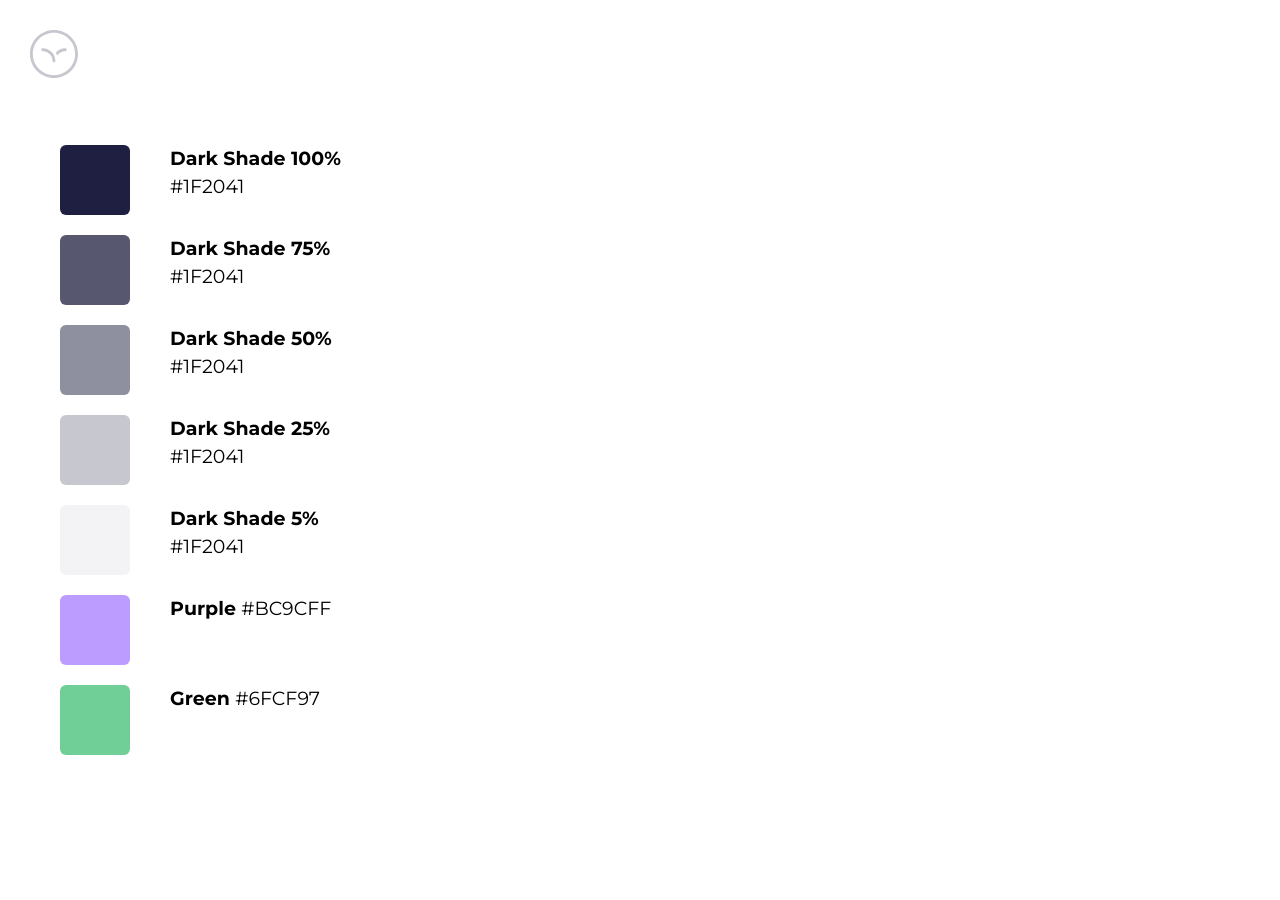
Repository: Inzhir2022/quatrain
Page: ui/index.html
These files come from the project's save history. The page is drawn as it stood at one moment and after the next save; the edit follows.
The browser window is 1280 px wide. The pictures show the whole page.

Above is the page before, as saved 2022-07-23 09:51:08.

After the next save:
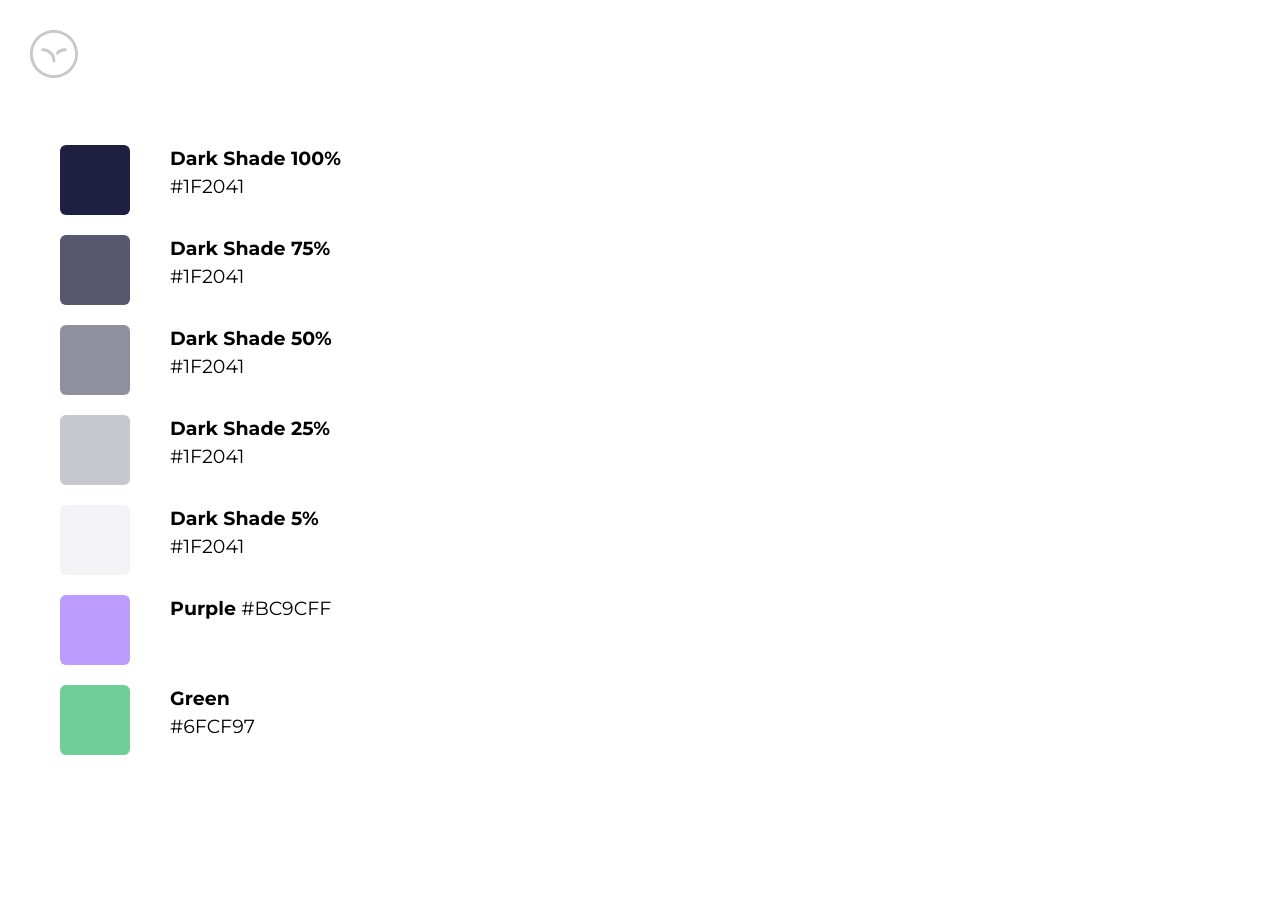
Saved 28 s later.
--- a/ui/index.html
+++ b/ui/index.html
@@ -62,7 +62,7 @@
         </div>
         <div class="colors__wrapper">
           <div class="colors__item colors__item_green"></div>
-          <div class="colors__title">Green
+          <div class="colors__title">Green <br>
             <span class="colors__subtitle">#6FCF97</span>
           </div>
         </div>
